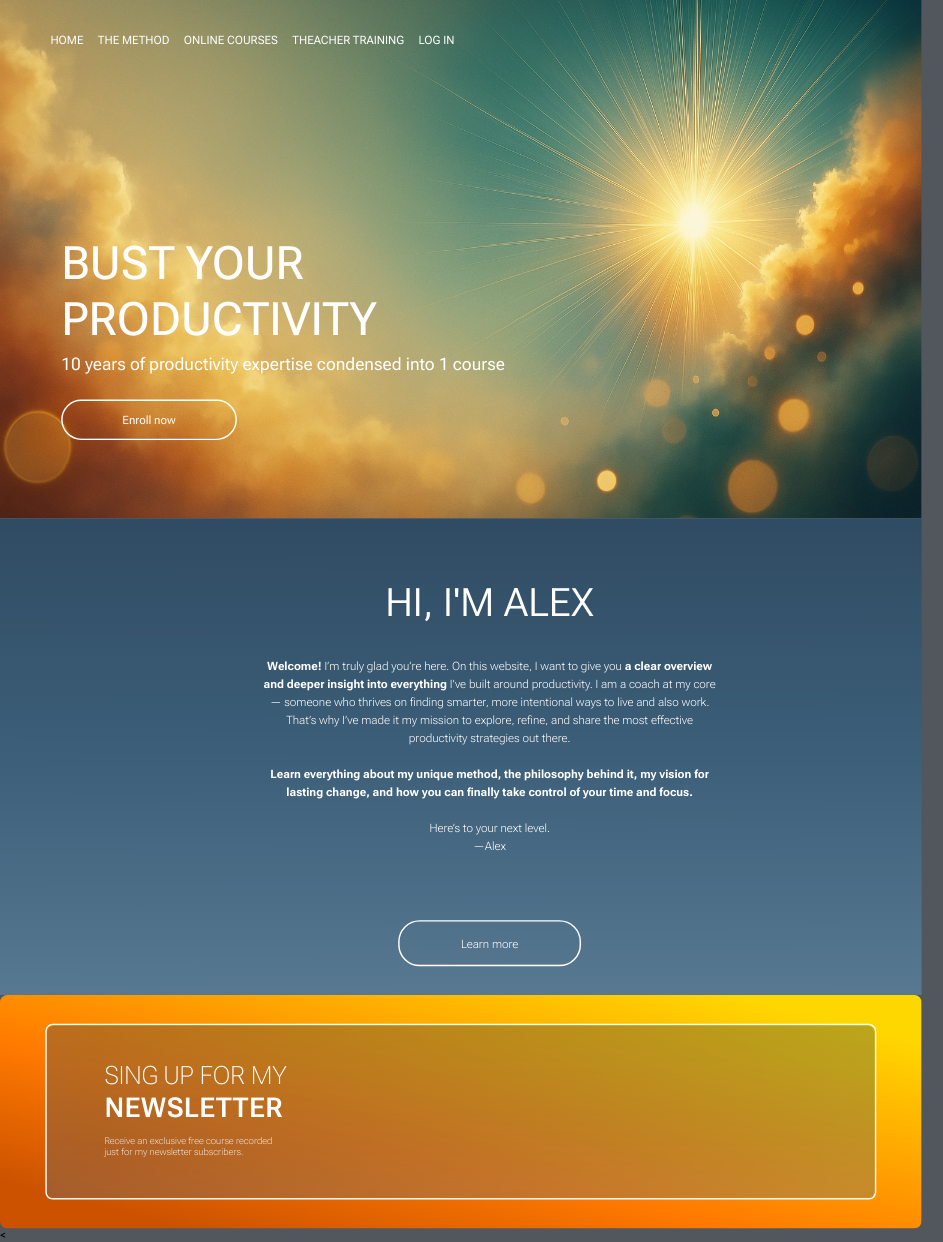
Repository: Parnicoza/testecomplete
Page: Productivity.copie.html
These files come from the project's save history. The page is drawn as it stood at one moment and after the next save; the edit follows.
The browser window is 1280 px wide. The page is 1310 px wide, so the pictures cover 1310 px, including what lies to the right of the window. The pictures show the whole page, at 72% of full size.

Above is the page before, as saved 2025-05-29 12:43:31.

### Productivity.copie.html
<!DOCTYPE html>
<html lang="en">

<head>
    <meta charset="utf-8">
    <title>Productivity</title>
    <link rel="stylesheet" href="stilizaretestcomplet-14.css">
    <link rel="icon" href="imaginitestecomplete/dashboard.ico">
    <link rel="stylesheet" href="peoductivitate.css">
    <meta name="viewport" content="width=device-width, initial-scale=1.0">
    <meta charset="UTF-8">
    <link rel="preconnect" href="https://fonts.googleapis.com">
    <link rel="preconnect" href="https://fonts.gstatic.com" crossorigin>
    <link href="https://fonts.googleapis.com/css2?family=Roboto+Flex:opsz,wght@8..144,100..1000&display=swap"
        rel="stylesheet">
</head>

<body>
    <header>
        <nav>
            <ul class="nav-links">
                <li><a href="">HOME</a></li>
                <li><a href="">THE METHOD </a></li>
                <li><a href="">ONLINE COURSES</a></li>
                <li><a href="">THEACHER TRAINING</a></li>
                <li><a href="">LOG IN</a></li>
            </ul>
        </nav>
    </header>
    <div class="hero-section">
        <!--Acest div este pentru a separa, cu un background , the intro of the page ,cum ar venii , fata de restul paginii-->
        <figure>
            <h1 class="main-heading-pentru-productivity"> Bust Your <br>
                Productivity</h1>
            <figcaption class="caption-for-the-heading">10 years of productivity expertise condensed into 1 course
            </figcaption>
            <a class="button" href="https://www.maltemartenmethod.com/"><span>Enroll now</span></a>
        </figure>
    </div>

    <div class="background-after-hero"
        style="background: linear-gradient(to bottom, #1e3c56, #2c516d, #4a6d88), rgba(255, 255, 255, 0.08); background-blend-mode: overlay; padding: 40px; margin-top: 0;">
        <div class="HIIAMALEX">
            <h2>HI, I'M ALEX</h2>
            <p>
                <b>Welcome!</b> I’m truly glad you’re here. On this website, I want to give you <b>a clear overview and
                    deeper insight into everything</b> I’ve built around productivity. I am a coach at my core — someone
                who thrives on finding smarter, more intentional ways to live and also work. That’s why I’ve made it my
                mission to explore, refine, and share the most effective productivity strategies out there.<br>

                <br><b>Learn everything about my unique method, the philosophy behind it, my vision for lasting change,
                    and how you can finally take control of your time and focus.</b><br>

                <br>Here’s to your next level.<br>
                —Alex
                <a class="learn-more-btn" href="https://www.maltemartenmethod.com/"><span>Learn more</span></a>
            </p>
        </div>
    </div>

    <div class="newsletter"><!--ACESTA ESTE BACKROUND-UL , DIN SPATE , CEL CU ROSU-->
        <div class="newsletter-text"><!--ACESTA ESTE BORDERUL/BACKGROUND-UL CU BORDER-->
            <div class="newsletter-overlay"></div>
            <div class="text">
                <!--ACEST DIV ESTE PENTRU TEXTUL PROPRIU ZIS , AICI PUN TEXTUL SI MA OC CU PROPRIETATILE LUI-->
                <p class="singup">SING UP FOR MY<br>
                    <span class="span">NEWSLETTER</span><br>
                    <span style="font-size: small; display: inline-block;margin-top: 15px;">Receive an exclusive free course recorded
                        <br>just for my newsletter subscribers.</span>
                </p>
            </div>
        </div>
    </div>
</body>

</html><

### stilizaretestcomplet-14.css
body{
    background-color:#51575D;
}

.main-heading{
    text-align: center;
    text-transform: uppercase;
    text-shadow: 15px 15px 15px black;
    font-size: 3.5em;
    color: black;
}

.background-for-the-heading{
    background: linear-gradient(to right, #5B6770, #9CAEBF);
    margin: 20px;
    padding: 5px;
    border-radius: 10px;
    margin-left: 170px;
}

.thesamebackground{
    background-color: rgba(91, 103, 112, 0.6) ;
    margin-left: 170px;
    margin-top: 50px;
    text-align: center;
    padding: 10px;
    border-radius: 10px;
    box-shadow: 5px 5px 15px black;
    margin-right: 20px;
}

.paragraph-gradient{
    color: #ffff;
    font-size: 2em;
    -webkit-text-stroke: 0.7px black;
    text-align: center;
}

.quote{
    border: 1px dotted black;
    padding: 10px;
    margin-left: 150px;
}

.divider{
    border: none;
    height: 4px;
    background-color: lightgray;
    border: 3px dotted black;
    margin: 14px;
    margin-left: 150px;
}

.image{
    border-radius: 5px;
    box-shadow: 5px 5px 15px black;
    display: block;
    margin: 0 auto;
}

.picture{
    margin-left: 160px;
}

.Dashboard{
    display: flex;
}

.sidebar{
    display: flex;
    flex-direction: column;
   width: 140px;
   position: fixed;
   left: 0;
   top: 0;
   height: 96vh;
   justify-content: center;
   margin: 20px;
   background-color: #6A747D;
    border-radius: 10px;
    box-shadow: -5px -5px 15px black;

}

.list{
    list-style-type: none;
    display: flex;
    flex-direction: column;
    gap: 30px;
    padding: 0;
    margin-left: 10px;
}

.container{
    margin-left: 160px;
}

.divimage{
    display: block;
    margin-left: 160px;
    margin-top: 50px;

}

.figcaption{
    font-style: italic;
    font-weight: bold;
    margin: 20px;
}

.home{
    color: black;
}

.BLOCKS{
    display: flex;
    flex-direction: row;
    justify-content: space-evenly;
    gap: 20px;
}
.blocks{
    display: flex;
    flex-direction: column;
    justify-content: space-evenly;
    width: 350px;
    margin-left: 170px;
    background-color: rgba(91, 103, 112, 0.6);
    box-shadow: 5px 5px 15px black;
    border-radius: 10px;
    padding: 10px;
    margin-right: 20px;
}

.blocks2{
    display: flex;
    flex-direction: column;
    justify-content: space-evenly;
    width: 350px;
    background-color: rgba(91, 103, 112, 0.6);
    box-shadow: 5px 5px 15px black;
    border-radius: 10px;
    padding: 10px;
    margin-right: 20px;
}

.blocks3{
    display: flex;
    flex-direction: column;
    justify-content: space-evenly;
    width: 350px;
    background-color: rgba(91, 103, 112, 0.6);
    box-shadow: 5px 5px 15px black;
    border-radius: 10px;
    padding: 10px;
    margin-right: 20px;
}
.headingforblock{
    text-align: left;
    text-transform: uppercase;
    font-weight: bold;
    color: black;
    display: flex;
}

.paragraph-gradient1{
    color: #ffff;
    -webkit-text-stroke: 0.6px black;
    font-size: 25px;
    text-align: center;
}

.footer{
    margin-left: 170px;
}

.social-media{
    display: flex;
    flex-direction: row;
    justify-content: space-evenly;
    gap: 20px;
    margin-top: 250px;
}
.ul{
    list-style-type: none;
    display: flex;
    flex-direction: row;
    gap: 20px;
    padding: 0;
}

.footer-text{
    color: white;
    font-size: smaller;
    text-align: center;
    margin: 0 auto;
    width: 650px;
}

.Disclaimer{
    color: white;
    font-size: large;
}

.ifarme{
    margin-left: 160px;
    margin-top: 10px;
}

### peoductivitate.css
html,body{overflow-x:hidden;}
body{
    font-family: "Roboto Flex", sans-serif;
    margin: 0;
}

.hero-section{
    height: 100vh;
    display: flex;
    align-items: center;
    background-image: url('imaginitestecomplete/sky.png');
    background-position: center;
    background-size: cover;
    background-repeat: no-repeat;
    /* A RAMAS SA PUN BACKGROUND */
    background-size: cover;
    background-position: center;
    background-repeat: no-repeat;
    margin-bottom: 0;
    width: 100%;
}

.background-after-hero {
    background: linear-gradient(to bottom, #1e3c56, #2c516d, #4a6d88), rgba(255, 255, 255, 0.08);
    background-blend-mode: overlay;
    padding: 40px;
    margin-top: 0;
    min-height: 60vh;
    width: 100%;
    overflow-x: hidden;

}

nav{
    position: absolute;
    width: 100%;
    z-index: 1000;
    margin: 30px;
}

.nav-links{
    list-style-type: none;
    display: flex;
    justify-content: flex-start;
    gap: 20px;
}

.nav-links li a{
    text-decoration: none;
    color: white;
}

.main-heading-pentru-productivity{
    text-transform: uppercase;
    font-size: 4rem;
    color: white;
    text-align: left;
    line-height: 1.2em;
    margin-top: 220px;
    margin-left: 45px;
    margin-bottom: 10px;
    font-weight: 450;
}

.caption-for-the-heading{
    display: inline-block;
    text-align: left;
    margin-left: 45px;
    font-size: x-large;
    color: white;
}

.HIIAMALEX{
    color: white;
    text-align: center;
}

.HIIAMALEX h2{
    font-weight: 330;
    font-size: 3.4em;
}

.HIIAMALEX p{
    font-weight: 200;
    width: 50%;
    text-align: center;
    margin: 0 auto;
    line-height: 25px;
}

.button{
    background: transparent;
   border: 2px solid white;
    border-radius: 30px;
    display: flex;
    justify-content: center;
    align-items: center;
    text-align: center;
    width: 240px;
    height: 52px;
    margin-top: 35px;
    margin-left: 45px;
    color: white;
    text-decoration: none;
    position: relative;
    overflow: hidden;
    z-index: 1;
}

.button::before {
    content: "";
    position: absolute;
    bottom: -100%;         /* de jos, complet ascuns la început */
    left: 0;
    width: 100%;
    height: 100%;
    background: linear-gradient(to bottom, #1e3c56, #2c516d, #4a6d88), rgba(255, 255, 255, 0.08);
    transition: bottom 0.4s ease;
    z-index: 0;
}
.button:hover::before {
    bottom: 0;  /* se ridică complet peste buton */
}
.button span {
    position: relative;
    z-index: 2;
}

.learn-more-btn{
    background: transparent;
    border: 2px solid white;
    border-radius: 30px;
    display: flex;
    align-items: center;
    justify-content: center;
    text-align: center;
    width: 250px;
    height: 60px;
    margin: 0 auto;
    position: relative;
    overflow: hidden;
    z-index: 1;
    color: white;
    text-decoration: none;
    margin-top: 90px;
}

.learn-more-btn::before{
    content: "";
    position: absolute;
    bottom: -100%;         /* de jos, complet ascuns la început */
    left: 0;
    width: 100%;
    height: 100%;
    background: linear-gradient(to top right, #cc5200 10%, #ff7a00 40%, #ffd700 90%);
    transition: bottom 0.4s ease;
    z-index: 0;
}

.learn-more-btn:hover::before{
    bottom: 0;  /* se ridică complet peste buton */
}

.learn-more-btn span{
    position: relative;
    z-index: 2;
}

.newsletter{
    background: linear-gradient(to top right, #cc5200 10%, #ff7a00 40%, #ffd700 90%);
    min-height: 45vh;
    display: flex;
    justify-content: center;
    align-items: center;
    flex-direction: column;
    width: 100%;
    border-radius: 10px;
}
.singup {
    color: white;
    font-size: 35px;
    font-weight: 100;
    text-align: left;
    margin-left: 30px;
    line-height: 1.2;
}
.span {
    display: inline-block;
    font-weight: 600;
    width: 250px;
    text-align: left;
    font-size: 38px;
    letter-spacing: 0.5px;
}

.newsletter-text{
    border: 2px solid white;
    width: 90%;
    max-width: 1150px;
    margin: 20px auto;
    position: relative;
    border-radius: 10px;

}
.text{
    margin: 50px;
    position: relative;
    z-index: 2;
}
.newsletter-overlay{
    position: absolute;
    top: 0;
    left: 0;
    width: 100%;
    height: 100%;
    background: linear-gradient(
      to bottom,
      rgba(30, 60, 86, 0.3),
      rgba(44, 81, 109, 0.3),
      rgba(74, 109, 136, 0.3)
    );
    backdrop-filter: blur(30px);
    border-radius: 4px;
    z-index: 0;
    border-radius: 10px;
}

.newsletter-form-row{
    display: flex;
    align-items: center;
    justify-content: space-between;
    gap: 30px;
}
form {
    display: flex;
    gap: 20px;
  }

  form input {
    padding: 12px 18px;
    border-radius: 25px;
    border: none;
    background-color: white;
    color: #333;
    font-size: 16px;
  }
  form input:focus {
    outline: none;
    box-shadow: 0 0 0 2px #ffa50044;
  }
  .explore-courses{
    background: linear-gradient(to bottom, #1e3c56, #2c516d, #4a6d88), rgba(255, 255, 255, 0.08);
    display: flex;
    justify-content: center;
    flex-direction: column;
    align-items: center;
    min-height: 100vh;
  }

  .explore-courses-text{
    width: 50%;
    text-align: center;
    color: white;
    margin: 0 auto;
    line-height: 25px;
    font-weight: 200;
    margin-top: 45.152px;
  }

  .explore-courses h2{
    font-weight: 330;
    font-size: 3.4em;
    color: white;
    text-align: center;
}

.course-cards{
    display: flex;
    align-items: center;
    justify-content: space-evenly;
    gap: 100px;
    margin: auto;
    margin-top: 50px;
}

.borderfortheimages{
    border-radius: 25px;
}
.scroll-appear {
    opacity: 0;
    transform: translateY(-30px);
    transition: opacity 1.5s ease, transform 1.5s ease;
}

.scroll-appear.show {
    opacity: 1;
    transform: translateY(0);
}

.join-btn {
    margin-top: 50px;      /* pushes the button down a bit */
    margin-bottom: 40px;   /* optional bottom spacing */
}

After the next save:
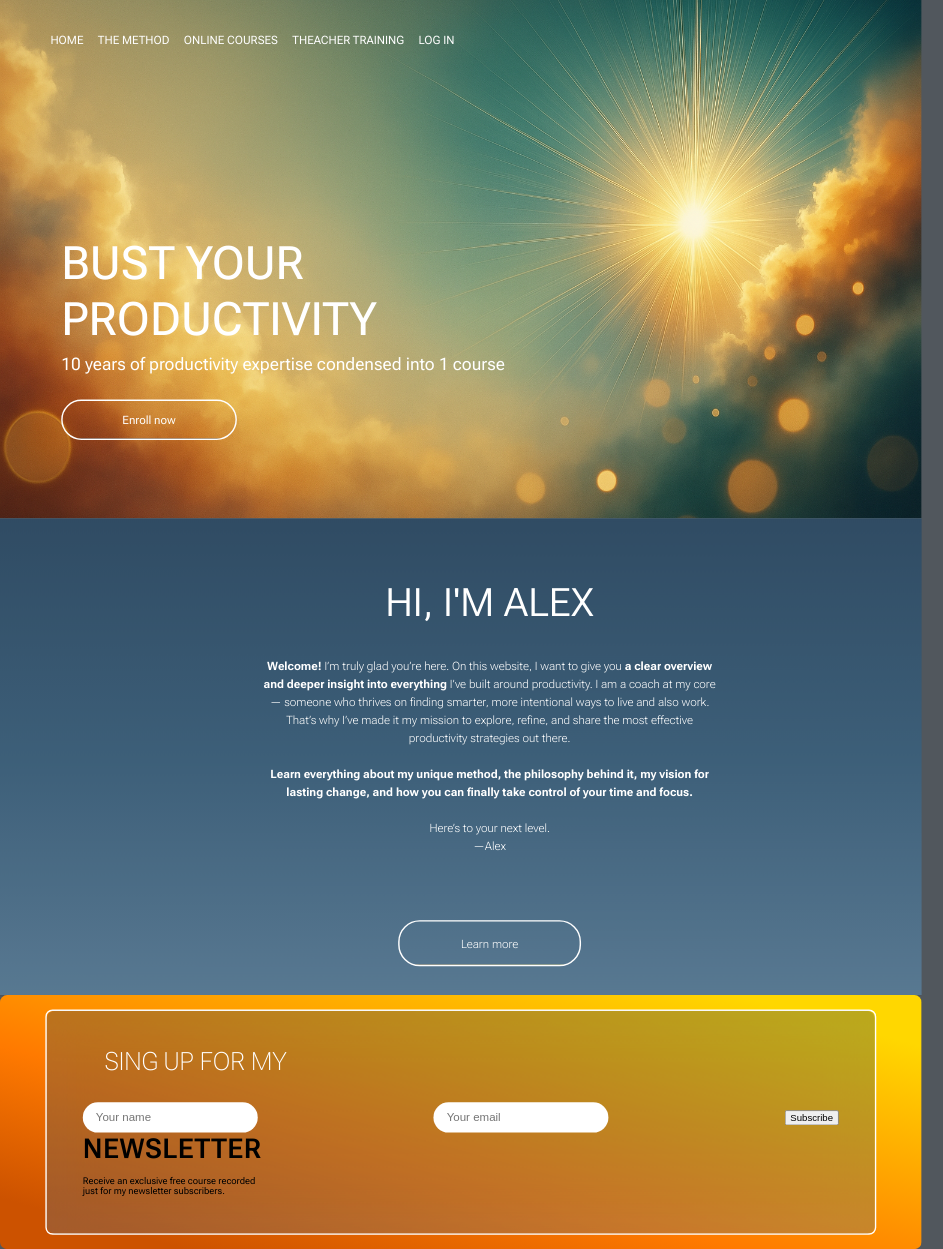
Saved 6 min 28 s later.
--- a/Productivity.copie.html
+++ b/Productivity.copie.html
@@ -64,6 +64,11 @@
             <div class="text">
                 <!--ACEST DIV ESTE PENTRU TEXTUL PROPRIU ZIS , AICI PUN TEXTUL SI MA OC CU PROPRIETATILE LUI-->
                 <p class="singup">SING UP FOR MY<br>
+                    <form class="newsletter-form-row">
+                        <input type="text"  placeholder="Your name"  required>
+                        <input type="email" placeholder="Your email" required>
+                        <button type="submit">Subscribe</button>
+                    </form>
                     <span class="span">NEWSLETTER</span><br>
                     <span style="font-size: small; display: inline-block;margin-top: 15px;">Receive an exclusive free course recorded
                         <br>just for my newsletter subscribers.</span>
@@ -73,4 +78,4 @@
     </div>
 </body>
 
-</html><
+</html>
